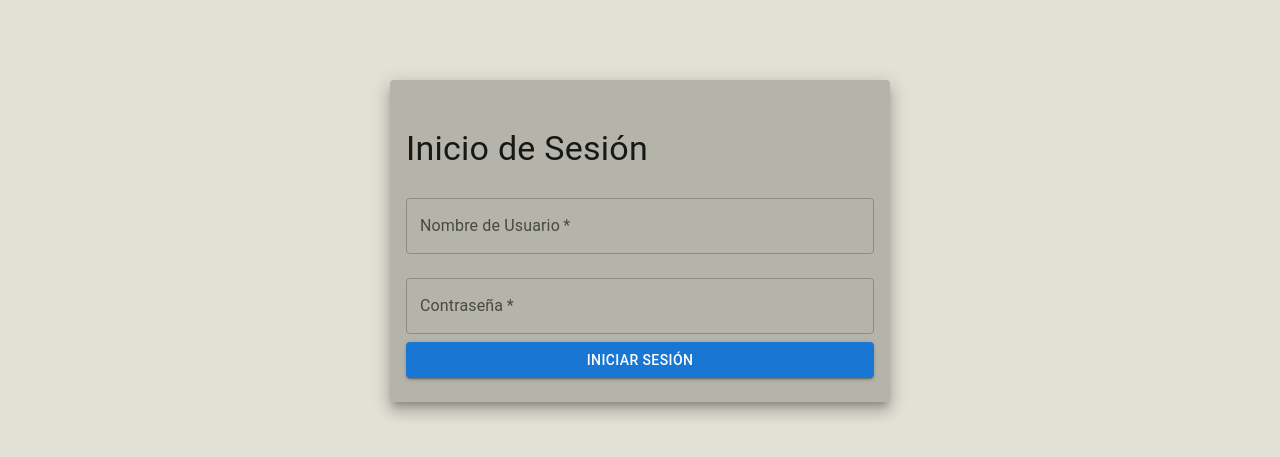
Repository: Mpablom/usuarioCaC-integrador-final-front
Page: /login
An editor plug-in stored every save of this project. The page is shown before and after the next save, followed by the edit.
The browser window is 1280 px wide. The pictures show the whole page.
The project was rebuilt for these pictures with package versions that can differ from the ones it lists, and the page was loaded fresh each time. Also part of the build but not shown: vite.config.ts, src/components/UsuariosTable.tsx.

Above is the page before, as saved 2024-07-11 00:25:03.

### src/App.tsx
// App.tsx (o donde configures tus rutas)
import React from 'react';
import {
  BrowserRouter as Router,
  Route,
  Routes,
  Navigate,
} from 'react-router-dom';
import Login from './components/Login'; // Componente de inicio de sesión
import UsuariosTable from './components/UsuariosTable'; // Componente de la tabla de usuarios

const App: React.FC = () => {
  return (
    <Router>
      <Routes>
        <Route path="/login" element={<Login />} />
        <Route path="/usuarios" element={<UsuariosTable />} />
        <Route path="/" element={<Navigate to="/login" />} />
      </Routes>
    </Router>
  );
};

export default App;

### src/index.css
 :root {
  font-family: system-ui, -apple-system, BlinkMacSystemFont, 'Segoe UI', Roboto;
  line-height: 1.5;
  /* font-weight: 400; */

  color-scheme: light dark;
  color: rgba(255, 255, 255, 0.87);
  background-color: #E1E1D5;

  font-synthesis: none;
  text-rendering: optimizeLegibility;
  -webkit-font-smoothing: antialiased;
  -moz-osx-font-smoothing: grayscale;
}
Card{
  background-color: #B4B4AA;
}
/*
a {
  font-weight: 500;
  color: #646cff;
  text-decoration: inherit;
}
a:hover {
  color: #535bf2;
}

body {
  margin: 0;
  display: flex;
  place-items: center;
  min-width: 320px;
  min-height: 100vh;
}

h1 {
  font-size: 3.2em;
  line-height: 1.1;
  color: #1a1a1a;
}

button {
  border-radius: 8px;
  border: 1px solid transparent;
  padding: 0.6em 1.2em;
  font-size: 1em;
  font-weight: 500;
  font-family: inherit;
  background-color: #1a1a1a;
  cursor: pointer;
  transition: border-color 0.25s;
}
button:hover {
  border-color: #646cff;
}
button:focus,
button:focus-visible {
  outline: 4px auto -webkit-focus-ring-color;
}

@media (prefers-color-scheme: light) {
  :root {
    color: #213547;
    background-color: #ffffff;
  }
  a:hover {
    color: #747bff;
  }
  button {
    background-color: #f9f9f9;
  }
}
 */

### src/components/Login.tsx
import {
  Button,
  Card,
  CardContent,
  CardHeader,
  Container,
  TextField,
  Typography,
} from "@mui/material";
import { login } from "../axios/UsuarioApi";
import { useState } from "react";
import { useNavigate } from "react-router-dom";

const Login: React.FC = () => {
  const [username, setUsername] = useState("");
  const [password, setPassword] = useState("");
  const [error, setError] = useState("");
  const navigate = useNavigate();
  const handleLogin = async (event: React.FormEvent<HTMLFormElement>) => {
    event.preventDefault();
    setError("");
    try {
      const response = await login({ username, password });
      if (response.message === "Autenticación exitosa") {
        navigate("/usuarios");
      }
    } catch (error) {
      setError("Error al iniciar sesión");
    }
  };
  return (
    <Card sx={{ maxWidth: 500, margin: "auto", boxShadow:'10', mt: 10, bgcolor:"#B4B4AA" }}>
      <CardHeader/>
      <CardContent>
        <Typography variant="h4" component="h1" gutterBottom>
          Inicio de Sesión
        </Typography>
        <form onSubmit={handleLogin}>
          <TextField
            label="Nombre de Usuario"
            variant="outlined"
            fullWidth
            margin="normal"
            value={username}
            onChange={(e) => setUsername(e.target.value)}
            required
          />
          <TextField
            label="Contraseña"
            variant="outlined"
            fullWidth
            margin="normal"
            type="password"
            value={password}
            onChange={(e) => setPassword(e.target.value)}
            required
          />
          {error && (
            <Typography color="error" variant="body2">
              {error}
            </Typography>
          )}
          <Button type="submit" variant="contained" color="primary" fullWidth>
            Iniciar Sesión
          </Button>
        </form>
      </CardContent>
    </Card>
  );
};

export default Login;

### src/axios/UsuarioApi.ts
import api from './Api';
import { Usuario, UsuarioLogin } from '../models/UsuarioModel';

export const getUsuarios = async (): Promise<Usuario[]> => {
  const response = await api.get('/usuarios');
  return response.data;
};

export const getUsuarioById = async (id: number): Promise<Usuario> => {
  const response = await api.get(`/usuarios/${id}`);
  return response.data;
};

export const createUsuario = async (usuario: Usuario): Promise<void> => {
  const response = await api.post('/usuarios', usuario);
  return response.data;
};

export const updateUsuario = async (id: number, usuario: Usuario): Promise<void> => {
  const response = await api.put(`/usuarios/${id}`, usuario);
  return response.data;
};

export const deleteUsuario = async (id: number): Promise<void> => {
  const response = await api.delete(`/usuarios/${id}`);
  return response.data;
};

export const restoreUsuario = async (id: number): Promise<void> => {
  const response = await api.patch(`/usuarios/${id}`);
  return response.data;
};
export const login = async (usuarioLogin: UsuarioLogin): Promise<Usuario> => {
    try {
        const response = await api.post(`/usuarios/login`, usuarioLogin);
        return response.data as Usuario; // Asegúrate de que response.data sea del tipo Usuario
    } catch (error) {
        if (error instanceof Error) {
            throw new Error(`Error al iniciar sesión: ${error.message}`);
        } else {
            throw new Error(`Error al iniciar sesión: Error desconocido`);
        }
    }
  }

### src/axios/api.ts
import axios from 'axios';

const api = axios.create({
  baseURL: 'http://localhost:8080',
  headers: {
    'Content-Type': 'application/json',
  },
});

export default api;

Loaded but not shown: index.html (common file); src/main.tsx (common file)

After the next save:
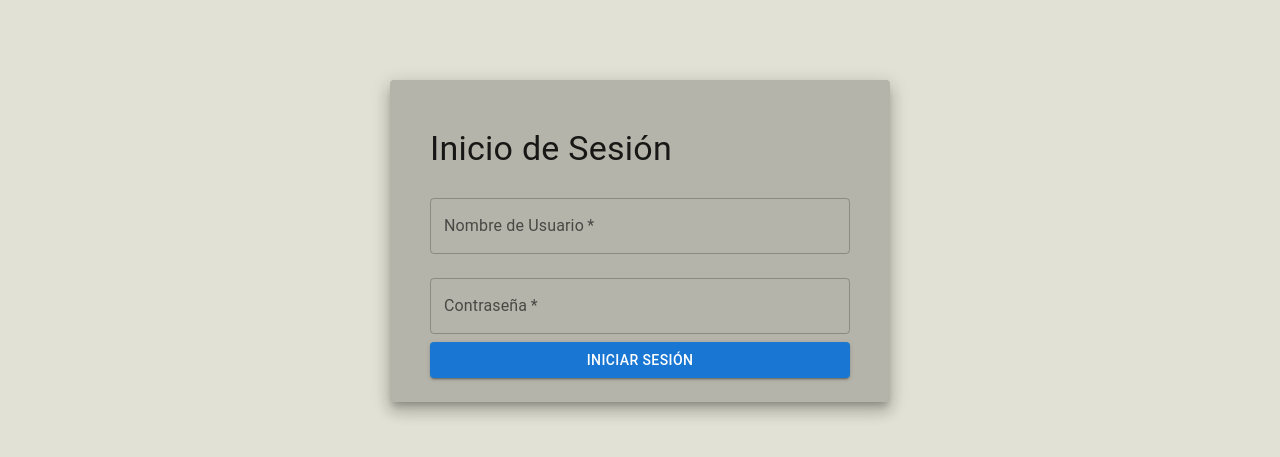
Saved 3 min 21 s later.
--- a/src/components/Login.tsx
+++ b/src/components/Login.tsx
@@ -29,41 +29,51 @@ const Login: React.FC = () => {
     }
   };
   return (
-    <Card sx={{ maxWidth: 500, margin: "auto", boxShadow:'10', mt: 10, bgcolor:"#B4B4AA" }}>
-      <CardHeader/>
+    <Card
+      sx={{
+        maxWidth: 500,
+        margin: "auto",
+        boxShadow: "10",
+        mt: 10,
+        bgcolor: "#B4B4AA",
+      }}
+    >
+      <CardHeader />
       <CardContent>
-        <Typography variant="h4" component="h1" gutterBottom>
-          Inicio de Sesión
-        </Typography>
-        <form onSubmit={handleLogin}>
-          <TextField
-            label="Nombre de Usuario"
-            variant="outlined"
-            fullWidth
-            margin="normal"
-            value={username}
-            onChange={(e) => setUsername(e.target.value)}
-            required
-          />
-          <TextField
-            label="Contraseña"
-            variant="outlined"
-            fullWidth
-            margin="normal"
-            type="password"
-            value={password}
-            onChange={(e) => setPassword(e.target.value)}
-            required
-          />
-          {error && (
-            <Typography color="error" variant="body2">
-              {error}
-            </Typography>
-          )}
-          <Button type="submit" variant="contained" color="primary" fullWidth>
-            Iniciar Sesión
-          </Button>
-        </form>
+        <Container maxWidth="sm">
+          <Typography variant="h4" component="h1" gutterBottom>
+            Inicio de Sesión
+          </Typography>
+          <form onSubmit={handleLogin}>
+            <TextField
+              label="Nombre de Usuario"
+              variant="outlined"
+              fullWidth
+              margin="normal"
+              value={username}
+              onChange={(e) => setUsername(e.target.value)}
+              required
+            />
+            <TextField
+              label="Contraseña"
+              variant="outlined"
+              fullWidth
+              margin="normal"
+              type="password"
+              value={password}
+              onChange={(e) => setPassword(e.target.value)}
+              required
+            />
+            {error && (
+              <Typography color="error" variant="body2">
+                {error}
+              </Typography>
+            )}
+            <Button type="submit" variant="contained" color="primary" fullWidth>
+              Iniciar Sesión
+            </Button>
+          </form>
+        </Container>
       </CardContent>
     </Card>
   );
